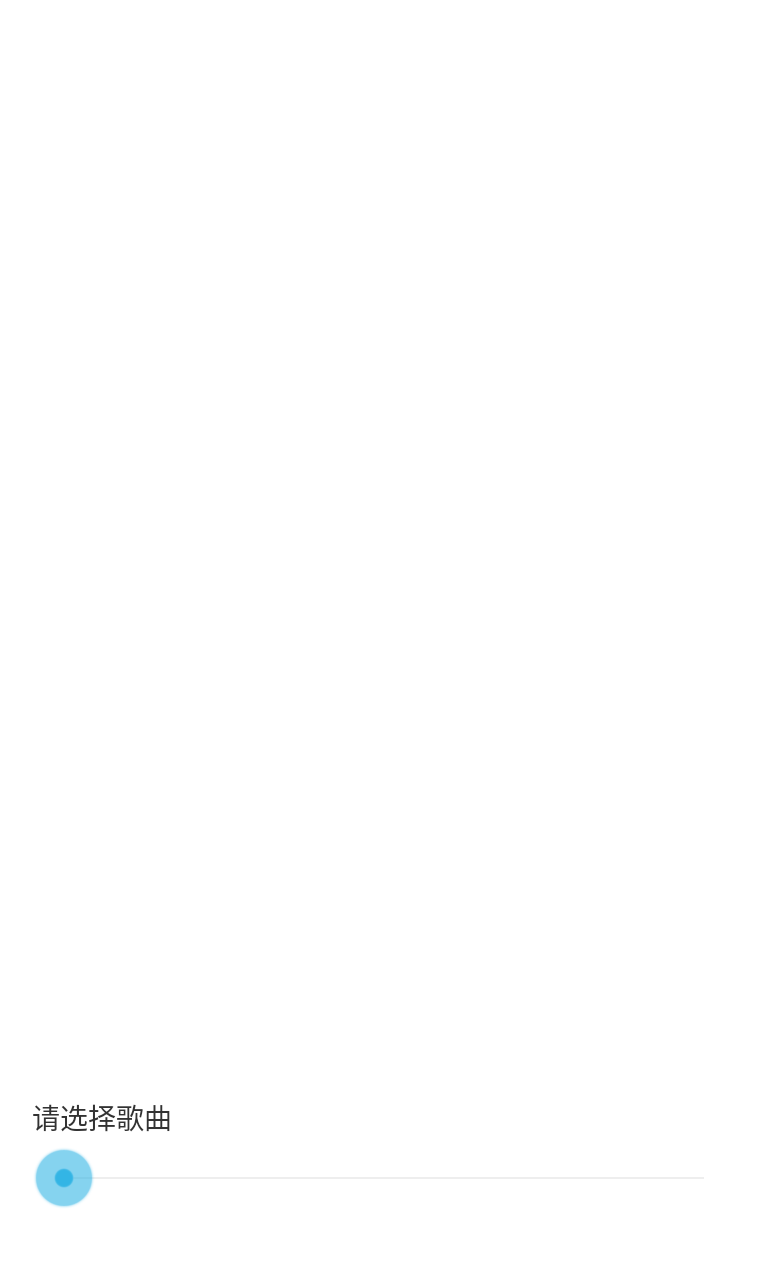
Repository: xuelang201201/Android
Layout: Android基础/音乐播放器v3.0/res/layout/activity_main.xml
An editor plug-in stored every save of this project. The layout is shown before and after the next save, followed by the edit.
It is drawn on a 768 x 1280 px phone screen (xhdpi) without system bars, with theme AppTheme; the app's code is not run. Lists and similar views that code fills are empty.

Above is the layout before, as saved 2016-02-16 07:35:03.

### Android基础/音乐播放器v3.0/res/layout/activity_main.xml
<RelativeLayout xmlns:android="http://schemas.android.com/apk/res/android"
    xmlns:tools="http://schemas.android.com/tools"
    android:layout_width="match_parent"
    android:layout_height="match_parent"
    android:paddingBottom="@dimen/activity_vertical_margin"
    android:paddingLeft="@dimen/activity_horizontal_margin"
    android:paddingRight="@dimen/activity_horizontal_margin"
    android:paddingTop="@dimen/activity_vertical_margin"
    tools:context=".MainActivity" >

   <ListView
       android:id="@+id/lv_musics"
       android:layout_width="match_parent"
       android:layout_height="wrap_content"
       android:layout_alignParentTop="true"
       android:layout_above="@+id/rl_player_info" />

   <RelativeLayout
       android:id="@+id/rl_player_info"
       android:layout_width="match_parent"
       android:layout_height="wrap_content"
       android:layout_above="@+id/rl_buttons" >

   </RelativeLayout>

   <RelativeLayout
       android:id="@+id/rl_buttons"
       android:layout_width="match_parent"
       android:layout_height="wrap_content"
       android:layout_alignParentBottom="true" >

       <TextView
           android:id="@+id/tv_music_title"
           android:layout_width="match_parent"
           android:layout_height="wrap_content"
           android:text="请选择歌曲"
           android:paddingBottom="4dp"
           android:paddingTop="8dp"
           android:singleLine="true" />

       <SeekBar
           android:id="@+id/sb_music_progress"
           android:layout_width="match_parent"
           android:layout_height="wrap_content"
           android:layout_below="@+id/tv_music_title"
           android:max="100" />

       <TextView
           android:id="@+id/tv_music_current_position"
           android:layout_width="wrap_content"
           android:layout_height="wrap_content"
           android:layout_alignParentLeft="true"
           android:layout_below="@+id/sb_music_progress" />

   </RelativeLayout>

</RelativeLayout>

Loaded but not shown: Android基础/音乐播放器v3.0/res/values/styles.xml (common file); Android基础/音乐播放器v3.0/res/values-v11/styles.xml (common file); Android基础/音乐播放器v3.0/res/values-v14/styles.xml (common file); Android基础/音乐播放器v3.0/res/values/dimens.xml (common file)

After the next save:
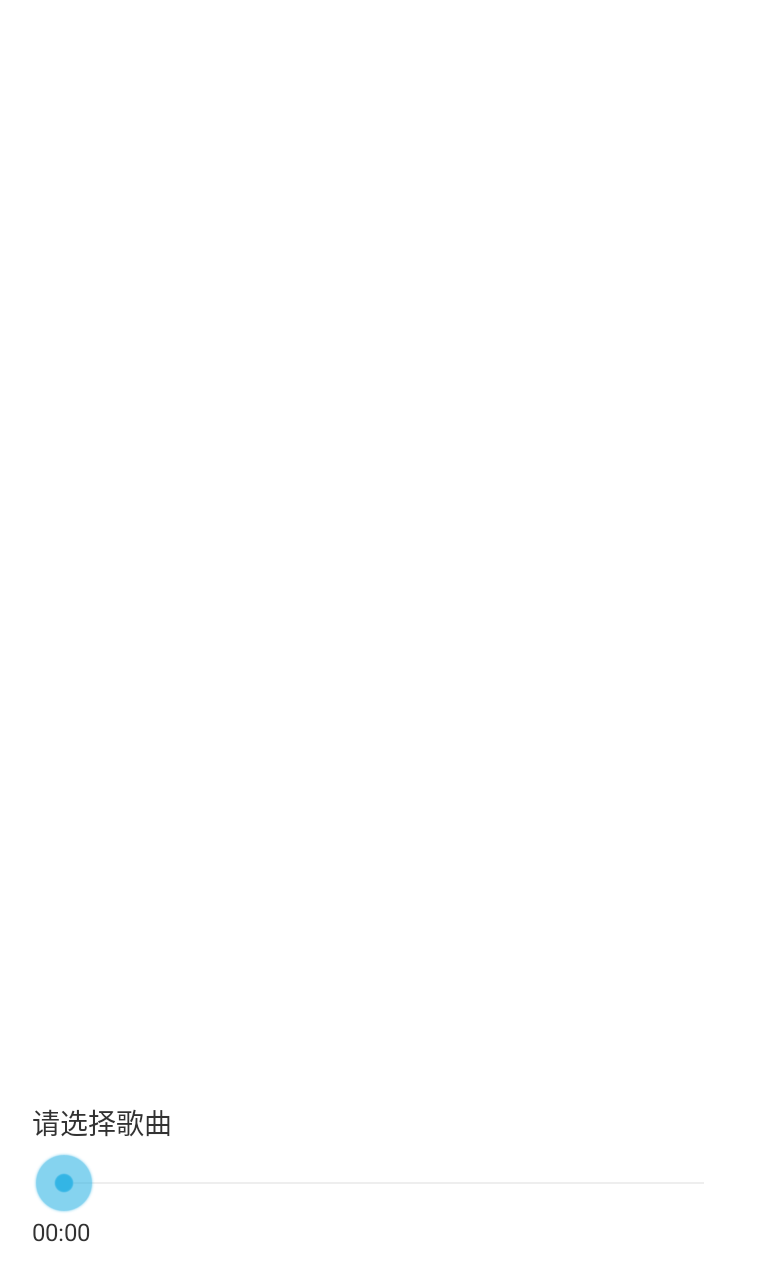
Saved 22 s later.
--- a/Android基础/音乐播放器v3.0/res/layout/activity_main.xml
+++ b/Android基础/音乐播放器v3.0/res/layout/activity_main.xml
@@ -50,7 +50,9 @@
            android:layout_width="wrap_content"
            android:layout_height="wrap_content"
            android:layout_alignParentLeft="true"
-           android:layout_below="@+id/sb_music_progress" />
+           android:layout_below="@+id/sb_music_progress"
+           android:text="00:00"
+           android:textSize="12sp" />
 
    </RelativeLayout>
 
